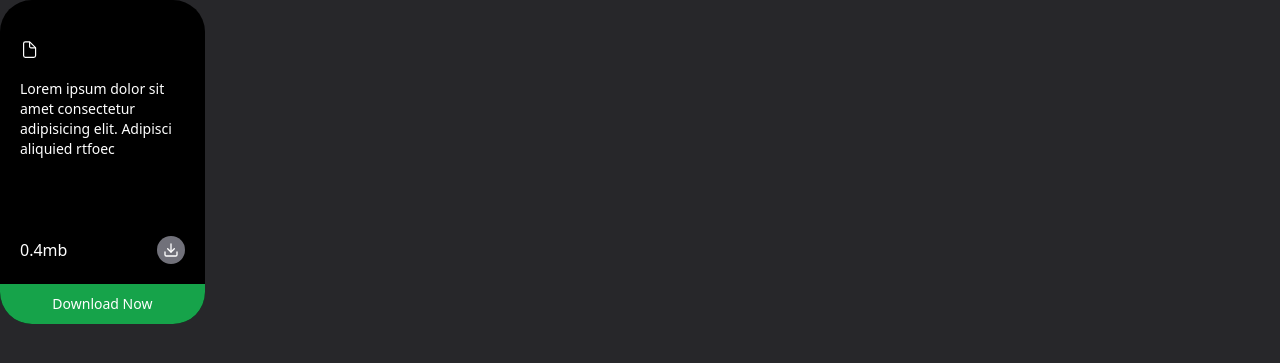
Repository: SharonSebastian32/dragable_cards
Page: /
The author's editor kept a copy of each file at every save. The page is drawn from the files as they stood at one save, then again after the next save.
The browser window is 1280 px wide. The pictures show the whole page.
The project was rebuilt for these pictures with package versions that can differ from the ones it lists, and the page was loaded fresh each time. Also part of the build but not shown: vite.config.js.

Above is the page before, as saved 2024-08-21 10:35:38.

After the next save:
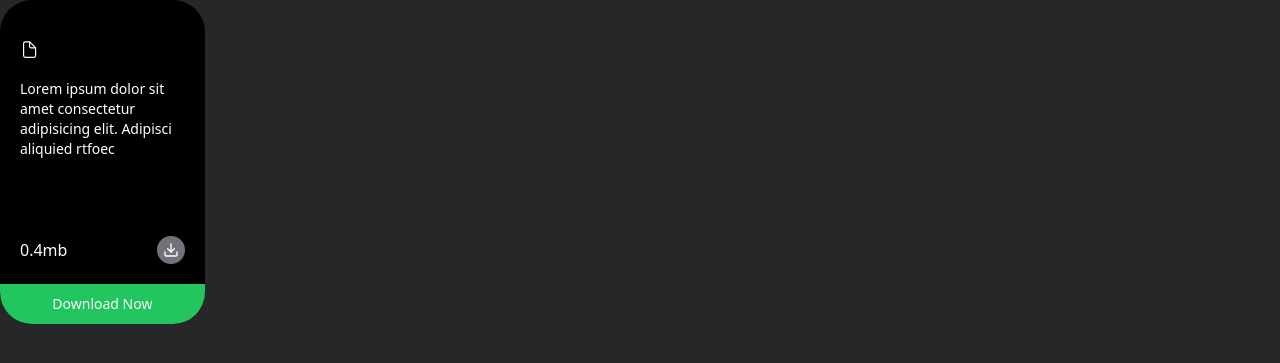
Saved 7 s later.
--- a/src/Components/Card.jsx
+++ b/src/Components/Card.jsx
@@ -16,7 +16,7 @@ const Card = () => {
             <LuDownload />{" "}
           </span>
         </div>{" "}
-        <div className="w-full h-10 bg-green-600 flex items-center justify-center cursor-pointer ">
+        <div className="w-full h-10 bg-green-500 flex items-center justify-center cursor-pointer ">
           <h2 className=" text-sm font-medium"> Download Now </h2>
         </div>
       </div>
